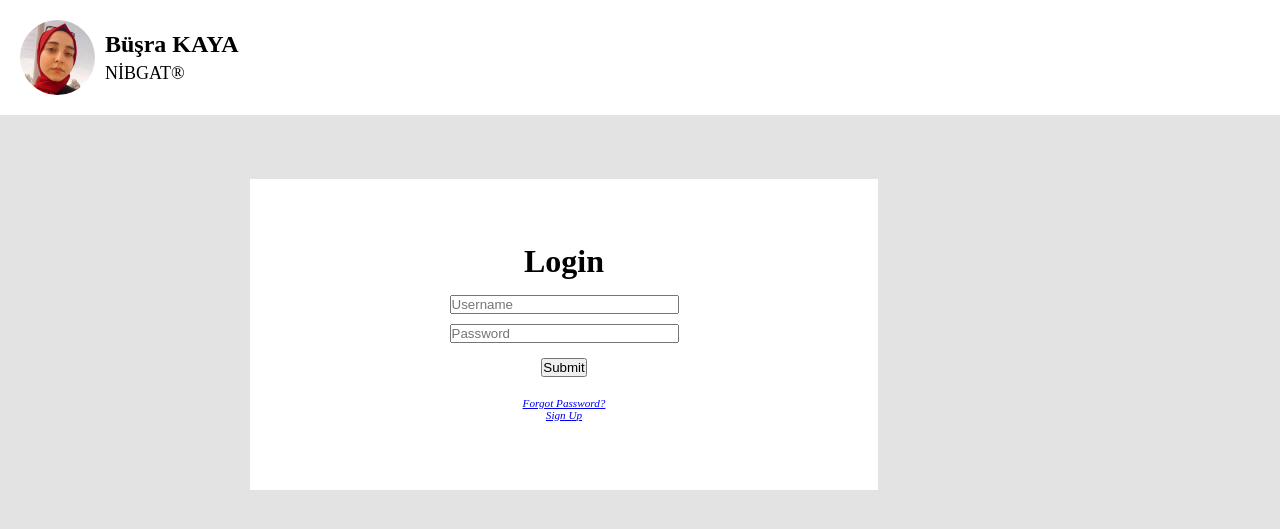
Repository: busra-kayaa/LoginPage
Page: login.html
An editor plug-in stored every save of this project. The page is shown before and after a run of saves, followed by the edit.
The browser window is 1280 px wide. The pictures show the whole page.

Above is the page before, as saved 2024-01-02 18:19:06.

### login.html
<!DOCTYPE html>
<html>
    <head>
        <title>Login Page</title>
        <link rel="stylesheet" href="./style.css" type="text/css"/>
    </head>
    <body>
        <div class="header-container">
            <div
                class="header-left-side-container"
            >
                <img
                    src="./busra.jpg"
                    height="75px"
                    width="75px"
                    class="logo"
                />
                <div class="header-desc-container">
                    <span class="header-title">
                        Büşra KAYA
                    </span>
                    <span class="header-content">
                        NİBGAT®
                    </span>
                </div>
            </div>
        </div>
        <div class="login-from-container">
          <div class ="login-text"><h1>Login</h1></div>
            <div class="input-group1">
                <i class="fa fa-user"></i>
                <input
                    type="text"
                    placeholder="Username"
                    class="input-text"
                    autocomplete="off"
                />
            </div>
            <div class="input-group2">
                <i class="fa fa-unclok-alt"></i>
                <input
                    type="password"
                    placeholder="Password"
                    class="input-text"
                    autocomplete="off"
                />
            </div>
            <div class="subgroup">
                <div class="button-group" id="login-button">
                    <button onclick="alert('Bilgileriniz Başarıyla Alınmıştır.')">Submit</button>
                </div>
                <div class="footer">
                    <a href="#" target="_blank">Forgot Password? </a>
                    <a href="#" target="_blank">Sign Up</a>
                </div>
            </div>
        </div>
    </body>
</html>

### style.css

* {
    padding: 0;
    margin: 0;
}

body {
    background-color: #e3e3e3;
}

.header-container {
    justify-content: space-between;
    background-color: #ffffff;
    flex-direction: row;
    align-items: center;
    padding: 20px;
    display: flex;
}

.header-left-side-container {
    flex-direction: row;
    align-items: center;
    display: flex;
}

.logo {
    border-radius: 50%;
    margin-right: 10px;
}

.header-desc-container {
    display: flex;
    flex-direction: column;
}

.header-title {
    display: flex;
    flex-direction:column;
    font-weight: bold;
    font-size: 24px;
    margin-bottom: 5px;
}

.header-content {
    font-weight:normal;
    font-size: 18px;
    color:rgb(0, 0, 0);
}

.login-from-container {
    background-color: #ffffff;
    flex-direction: column;
    align-items: center;
    text-align: center;
    display: flex;
    margin-top: 5%;
    margin-bottom: 5%;
    margin-right: 5%;
    margin-left: 250px;
    padding: 5%;
    width: 500px;
}

.login-text {
    padding-bottom: 15px;
}

.input-group1 {
    margin-bottom: 5px;
}
.input-text {
    width: 225px;
}

.input-group2 {
    margin-top: 5px;
}

.button-group {
    color: black ;
    border: none;
    color: white;
    text-align: center;
    text-decoration: none;
    display: inline-block;
    font-size: 16px;
    margin: 15px 2px;
    cursor: pointer;
}

.footer {
    margin: 5px;
    display: flex;
    flex-direction:column;
    font-size: 70%;
    font-style: italic;
}

After the next 3 saves:
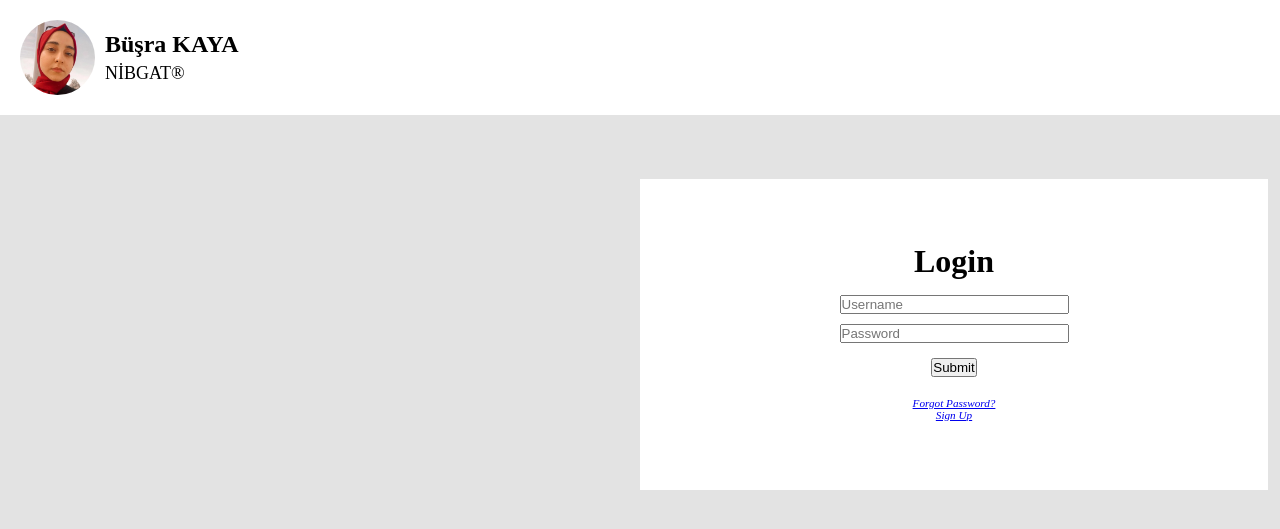
The 3 saves are shown as one change because they came seconds apart.
The last was saved 16 s later.
--- a/style.css
+++ b/style.css
@@ -55,8 +55,8 @@ body {
     display: flex;
     margin-top: 5%;
     margin-bottom: 5%;
-    margin-right: 5%;
-    margin-left: 250px;
+    margin-right: 50%;
+    margin-left: 50%;
     padding: 5%;
     width: 500px;
 }
